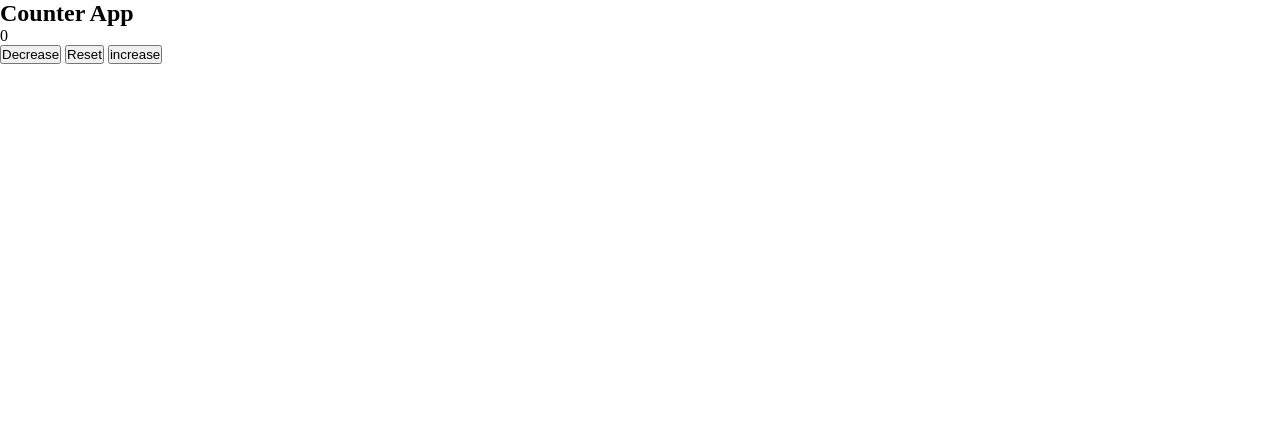
Repository: Yuukicoder/basicProject
Page: project2.html
An editor plug-in stored every save of this project. The page is shown before and after a run of saves, followed by the edit.
The browser window is 1280 px wide. The pictures show the whole page.
Some web fonts or font styles are not loaded; a fallback is used.

Above is the page before, as saved 2023-02-24 21:46:01.

After the next 2 saves:
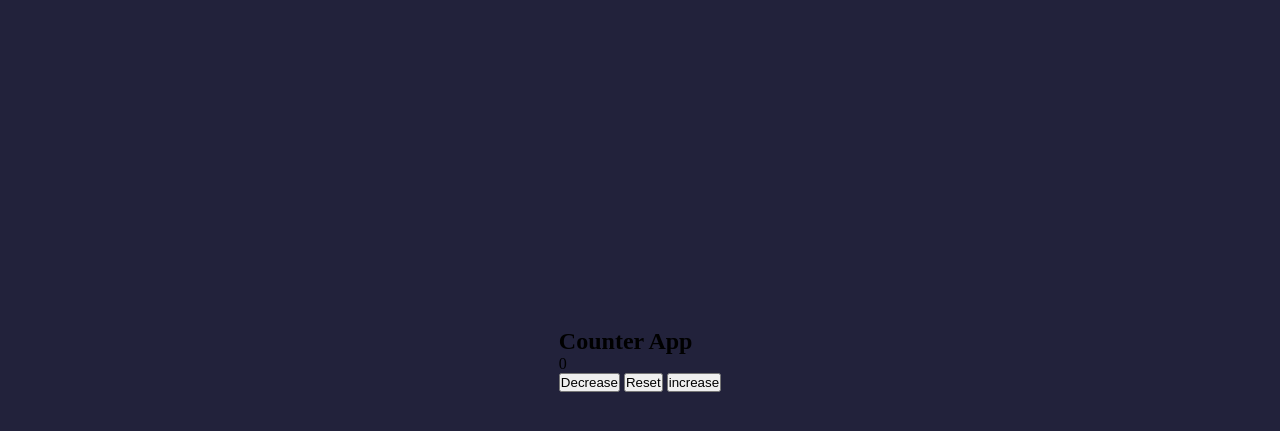
The 2 saves are shown as one change because they came seconds apart.
The last was saved 12 s later.
--- a/assets/css/project2.css
+++ b/assets/css/project2.css
@@ -9,3 +9,12 @@
   --button: #00b4d8;
   --text: #e9ecef;
 }
+body {
+  background-color: #22223b;
+  height: 100vh;
+  width: 100vw;
+  display: flex;
+  align-items: center;
+  justify-content: center;
+}
+/*
